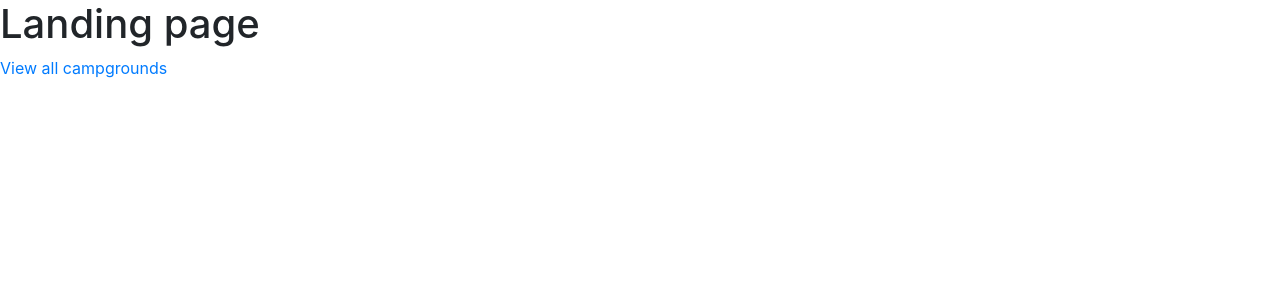
Repository: N-Verma/Webdev-Backend-
Page: http://localhost/
The author's editor kept a record of every edit. The page is drawn from the files as they stood at one moment, then again after the next edit.
The browser window is 1280 px wide. The pictures show the whole page.
The page is served by the project's Node server (YelpCamp/v1/app.js).

Above is the page before.

### Web dev (backend)/environment/YelpCamp/v1/views/landing.ejs
<%include partials/header%>
<h1>Landing page</h1>
<a href="/campgrounds">View all campgrounds</a>

<%include partials/footer%>

### Web dev (backend)/environment/YelpCamp/v1/views/partials/header.ejs
 <!DOCTYPE html>
 <html>
     <head>
         <title>YelpCamp</title>
         <link href="https://stackpath.bootstrapcdn.com/bootstrap/4.3.1/css/bootstrap.min.css" rel="stylesheet">
    </head>
    <body>

### Web dev (backend)/environment/YelpCamp/v1/views/partials/footer.ejs

    </body>
 </html>

### Web dev (backend)/environment/YelpCamp/v1/app.js
var express = require("express");
var app  = express();
app.set("view engine","ejs");
var bodyParser = require("body-parser");

var campgrounds = [
        {name: "Camp Hillground", image:"https://i.imgur.com/IaEHwyB.jpg"},
        {name: "Mount Hotenow", image:"https://oyster.ignimgs.com/mediawiki/apis.ign.com/neverwinter/3/35/Hillbornfallbackcamp.jpg?width=640"},
        {name: "LongCamp", image:"https://s-ec.bstatic.com/images/hotel/max1024x768/121/121021906.jpg"}
];

app.use(bodyParser.urlencoded({extended: true}));

app.get("/", function(req,res){
   res.render("landing");
});

app.get("/campgrounds", function(req,res){

    res.render("campgrounds",{campgrounds: campgrounds});
});

app.get("/campgrounds/new",function(req, res) {
   res.render("new");
});

app.post("/campgrounds",function(req,res){
    var name = req.body.name;
    var image = req.body.img;
    var newCampground = {name:name, image:image};
    campgrounds.push(newCampground);
    res.redirect("/campgrounds");
});

app.listen(process.env.PORT,process.env.IP, function(){
   console.log("Yelpcamp started");
});

After the next edit:
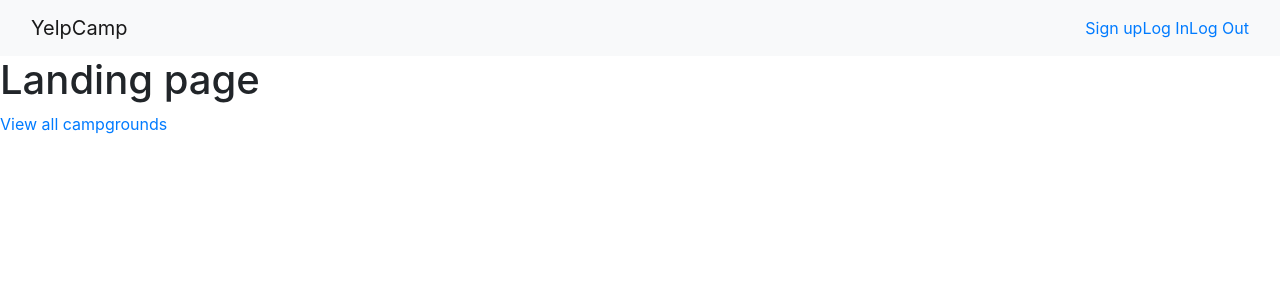
The edit:
--- a/Web dev (backend)/environment/YelpCamp/v1/views/partials/header.ejs
+++ b/Web dev (backend)/environment/YelpCamp/v1/views/partials/header.ejs
@@ -5,3 +5,17 @@
          <link href="https://stackpath.bootstrapcdn.com/bootstrap/4.3.1/css/bootstrap.min.css" rel="stylesheet">
     </head>
     <body>
+    <nav class="navbar navbar-expand-lg navbar-light bg-light">
+    <div class="container-fluid">
+        <div class="navbar-header">
+            <a class="navbar-brand" href="/">YelpCamp</a>
+        </div>
+        <div class="collapse navbar-collapse" id="navbarNav">
+            <ul class="nav navbar-nav ml-auto">
+                <li><a href="/">Sign up</a></li>
+                <li><a href="/">Log In</a></li>
+                <li><a href="/">Log Out</a></li>
+            </ul>
+        </div>
+    </div>
+</nav>
